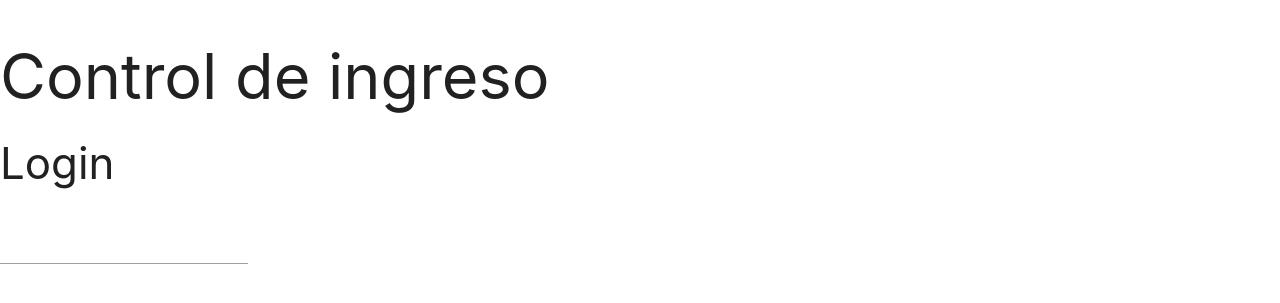
Repository: jairomorenog/proyecto-completo
Page: http://localhost/login/home
These files come from the project's save history. The page is drawn as it stood at one moment and after the next save; the edit follows.
The browser window is 1280 px wide. The pictures show the whole page.
The page is served by Tomcat 9. Other server files are loaded and not shown.

Above is the page before, as saved 2018-11-20 15:49:22.

### login/src/main/webapp/WEB-INF/views/home.jsp
<%@ taglib uri="http://java.sun.com/jsp/jstl/core" prefix="c" %>
<%@ page session="false" %>
<!DOCTYPE html>
<html>
<head>
 <link rel="stylesheet" href="https://cdnjs.cloudflare.com/ajax/libs/materialize/1.0.0/css/materialize.min.css">
	<title>Home</title>
	<meta http-equiv="content-type" content="text/html; utf-8">
</head>
<body>
<header>
<h1>Control de ingreso</h1>
</header>
<section class="principal">
<article>
<header>
<h3>Login</h3>
</header>
<form action="" method="post">
<div class="fila input-field">
<label class="lbluser" id="lbluser" for="txtuser"User</label>
<input name="txtuser" id="txtuser" type="text" class="txtuser validate" />
</div>

</form>
</article>

</section>
 <script src="https://cdnjs.cloudflare.com/ajax/libs/materialize/1.0.0/js/materialize.min.js"></script>
</body>
</html>

After the next save:
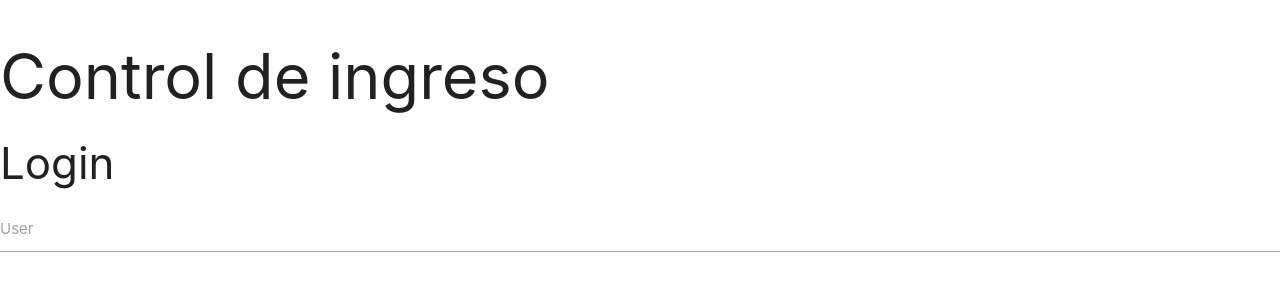
Saved 65 s later.
--- a/login/src/main/webapp/WEB-INF/views/home.jsp
+++ b/login/src/main/webapp/WEB-INF/views/home.jsp
@@ -18,7 +18,7 @@
 </header>
 <form action="" method="post">
 <div class="fila input-field">
-<label class="lbluser" id="lbluser" for="txtuser"User</label>
+<label class="lbluser" id="lbluser" for="txtuser" > User</label>
 <input name="txtuser" id="txtuser" type="text" class="txtuser validate" />
 </div>
 
